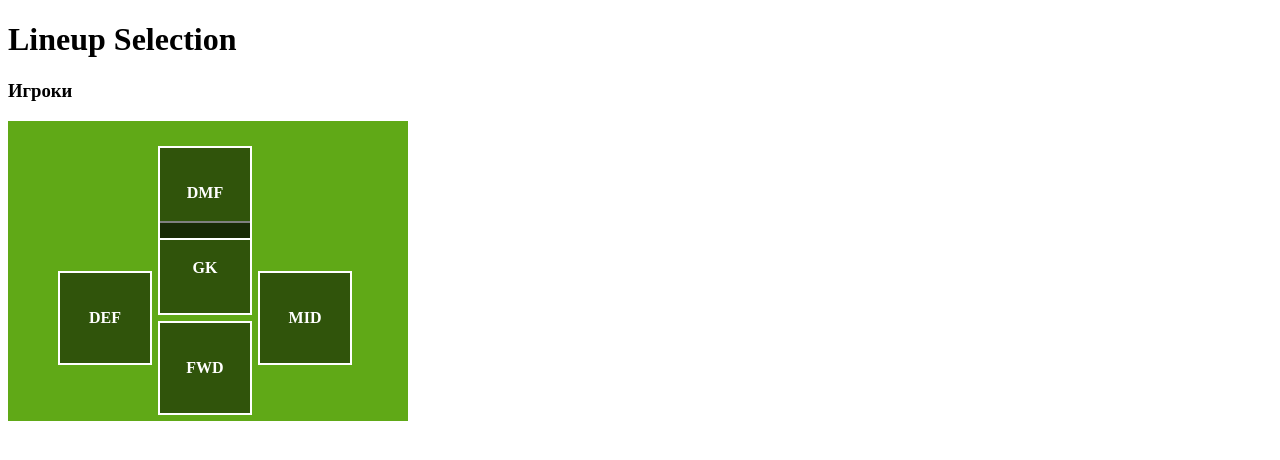
Repository: greatgreek73/soccergame
Page: http://localhost/lineup-selection/
The author's editor kept a copy of each file at every save. The page is drawn from the files as they stood at one save, then again after the next save.
The browser window is 1280 px wide. The pictures show the whole page.
Some web libraries are served in a nearby version. The page is served by the project's application, run on Django 4.2 (manage.py). A made-up administrator, testuser (Test User, test@example.com), is signed in. Other server files are loaded and not shown. Queries for data that is not in the repository find no rows.

Above is the page before, as saved 2024-04-18 20:54:35.

### players/templates/lineup_selection.html
{% load static %}

<!DOCTYPE html>
<html>
<head>
    <title>Lineup Selection</title>
    <link rel="stylesheet" href="https://code.jquery.com/ui/1.12.1/themes/base/jquery-ui.css">
    <script src="https://code.jquery.com/jquery-3.6.0.min.js"></script>
    <script src="https://code.jquery.com/ui/1.12.1/jquery-ui.min.js"></script>
    <style>
        #field {
            background-color: #60A917;
            width: 400px;
            height: 300px;
            position: relative;
        }
        .position {
            width: 90px;
            height: 90px;
            border: 2px solid #fff;
            position: absolute;
            display: flex;
            align-items: center;
            justify-content: center;
            color: white;
            font-weight: bold;
            background-color: rgba(0, 0, 0, 0.5); /* Небольшая прозрачность */
        }
    </style>
    <script>
        var lineup = []; // Инициализация массива состава на уровне глобальной переменной

        function loadInitialLineup() {
            $.ajax({
                url: '/get-lineup/',
                type: 'GET',
                success: function(response) {
                    lineup = response.lineup;
                    lineup.forEach(function(player) {
                        var playerElement = $('[data-player-id="' + player.player_id + '"]');
                        var positionElement = $('.position[data-position="' + player.position + '"]');
                        var playerClone = playerElement.clone().addClass('positioned-player').removeAttr('style');
                        positionElement.empty().append(playerClone);
                        playerElement.remove();
                        updateDraggable();
                    });
                },
                error: function(xhr, status, error) {
                    console.error('Error loading the lineup: ' + error);
                }
            });
        }

        function updateDraggable() {
            $('.positioned-player').draggable({
                revert: 'invalid',
                cursor: 'move',
                helper: 'clone',
                zIndex: 100
            });
        }

        $(document).ready(function() {
            loadInitialLineup();
            $('.player').draggable({
                revert: 'invalid',
                cursor: 'move',
                helper: 'clone',
                zIndex: 100
            });

            $('.position').droppable({
                accept: function(draggable) {
                    return true; // Теперь любой игрок может быть перетащен в любой слот
                },
                drop: function(event, ui) {
                    console.log("Игрок помещен в слот");
                    var droppedPlayer = ui.draggable;
                    var droppedPlayerId = droppedPlayer.data('player-id');
                    var position = $(this).data('position');  // Получаем позицию слота

                    // Удаление предыдущего игрока из этого слота, если он занят
                    if ($(this).find('.player').length) {
                        var positionedPlayerId = $(this).find('.player').data('player-id');
                        lineup = lineup.filter(item => item.player_id !== positionedPlayerId); // Удаление из массива
                    }

                    // Добавление нового игрока в массив lineup
                    lineup.push({player_id: droppedPlayerId, position: position});

                    // Клонирование и обновление DOM
                    var playerClone = droppedPlayer.clone().removeAttr('style').removeClass('ui-draggable').addClass('positioned-player');
                    $(this).empty().append(playerClone);
                    playerClone.draggable({
                        revert: 'invalid',
                        cursor: 'move',
                        helper: 'clone',
                        zIndex: 100
                    });

                    droppedPlayer.remove();
                    saveLineupAutomatically();  // Сохранение состава
                }
            });

            $('#player-list ul').droppable({
                accept: '.positioned-player',
                drop: function(event, ui) {
                    var droppedPlayer = ui.draggable;
                    var playerId = droppedPlayer.data('player-id');
                    lineup = lineup.filter(item => item.player_id !== playerId); // Update lineup
                    droppedPlayer.remove();
                    $(this).append(droppedPlayer);
                    droppedPlayer.draggable({
                        revert: 'invalid',
                        cursor: 'move',
                        helper: 'clone',
                        zIndex: 100
                    });
                    saveLineupAutomatically();
                }
            });

            function saveLineupAutomatically() {
                // Нет необходимости очищать массив, так как он уже глобальный и обновляется в других функциях
                $.ajax({
                    url: '/lineup/save/',
                    type: 'POST',
                    data: JSON.stringify({lineup: lineup}),
                    contentType: 'application/json',
                    success: function(response) {
                        console.log('Состав успешно сохранен автоматически');
                    },
                    error: function(xhr, status, error) {
                        console.error('Ошибка при автоматическом сохранении состава: ' + error);
                    }
                });
            }

            {% for position, player_id in selected_players.items %}
                var player = $('.player[data-player-id="{{ player_id }}"]');
                var playerClone = player.clone().removeAttr('style').removeClass('ui-draggable').addClass('positioned-player');
                playerClone.uniqueId();
                $('.position[data-position="{{ position }}"]').empty().append(playerClone);
                player.remove();

                playerClone.draggable({
                    revert: 'invalid',
                    cursor: 'move',
                    helper: 'clone',
                    zIndex: 100
                });
            {% endfor %}
        });
    </script>
</head>
<body>
    <h1>Lineup Selection</h1>

    <div id="player-list">
        <h3>Игроки</h3>
        <ul>
            {% for player in players %}
                <li class="player" data-player-id="{{ player.id }}" data-player-position="{{ player.position }}">
                    {{ player.last_name }} ({{ player.position }})
                </li>
            {% endfor %}
        </ul>
    </div>

    <div id="field">
        <div class="position" data-position="GK" style="top: 100px; left: 150px;">GK</div>
        <div class="position" data-position="DEF" style="top: 150px; left: 50px;">DEF</div>
        <div class="position" data-position="MID" style="top: 150px; left: 250px;">MID</div>
        <div class="position" data-position="FWD" style="top: 200px; left: 150px;">FWD</div>
        <div class="position" data-position="DMF" style="top: 25px; left: 150px;">DMF</div>

    </div>
</body>
</html>

### players/views.py
import scipy.stats as stats
from django.http import HttpResponseRedirect, JsonResponse
from django.shortcuts import render, redirect, get_object_or_404
from .models import Player, Club, Lineup, LineupPlayer
from faker import Faker
from django.contrib import messages
from .forms import UserRegisterForm, CreateClubForm, GeneratePlayerForm
from django.contrib.auth import authenticate, login
from django.contrib.auth.decorators import login_required
from match_engine.engine import simulate_match
from utils.player_stats_generator import PlayerStatsGenerator
from utils.config import TOTAL_POINTS, MAIN_STATS_RATIO, KEY_STAT_MULTIPLIERS, MAX_STAT_VALUE
import json
from django.views.decorators.csrf import csrf_exempt
import logging

# Настройка логгера
logger = logging.getLogger('newsoccergame')

fake = Faker()

STATS = [
    'strength', 'stamina', 'pace', 'marking', 'tackling', 'work_rate',
    'positioning', 'passing', 'crossing', 'dribbling', 'ball_control',
    'heading', 'finishing', 'long_range', 'vision', 'handling', 'reflexes',
    'aerial', 'jumping', 'command', 'throwing', 'kicking'
]

def index(request):
    return render(request, 'index.html')

def generate_player(request):
    if request.method == 'POST':
        form = GeneratePlayerForm(request.POST)
        if form.is_valid():
            position = form.cleaned_data['position']
            Player.objects.create(
                first_name=fake.first_name_male(),
                last_name=fake.last_name_male(),
                age=17,
                position=position
            )
            return HttpResponseRedirect('/generate/')
    else:
        form = GeneratePlayerForm()
    return render(request, 'generate_player.html', {'form': form})

def register(request):
    if request.method == 'POST':
        form = UserRegisterForm(request.POST)
        if form.is_valid():
            form.save()
            username = form.cleaned_data.get('username')
            messages.success(request, f'Your account has been created! You are now able to log in')
            return redirect('login')
    else:
        form = UserRegisterForm()
    return render(request, 'register.html', {'form': form})

def user_login(request):
    if request.method == 'POST':
        username = request.POST['username']
        password = request.POST['password']
        user = authenticate(request, username=username, password=password)
        if user is not None:
            login(request, user)
            try:
                club = Club.objects.get(user=user)
                return redirect('club_detail', club_id=club.id)
            except Club.DoesNotExist:
                return redirect('create_club')
        else:
            return render(request, 'login.html', {'error': 'Invalid credentials'})
    return render(request, 'login.html')

@login_required
def home(request):
    try:
        club = Club.objects.get(user=request.user)
        return redirect('club_detail', club_id=club.id)
    except Club.DoesNotExist:
        return redirect('create_club')

def club_detail(request, club_id):
    club = get_object_or_404(Club, id=club_id)
    context = {
        'club': club,
        'form': GeneratePlayerForm()
    }
    return render(request, 'club_detail.html', context)

def create_club(request):
    if request.method == 'POST':
        form = CreateClubForm(request.POST)
        if form.is_valid():
            existing_club = Club.objects.filter(user=request.user).first()
            if existing_club:
                return redirect('club_detail', club_id=existing_club.id)

            new_club = Club.objects.create(
                user=request.user,
                name=form.cleaned_data['name'],
                country=form.cleaned_data['country']
            )
            return redirect('club_detail', club_id=new_club.id)
    else:
        form = CreateClubForm()
    return render(request, 'create_club.html', {'form': form})

def generate_player_for_club(request, club_id):
    try:
        club = Club.objects.get(id=club_id)
    except Club.DoesNotExist:
        return redirect('home')

    if club.user != request.user:
        return redirect('home')

    if request.method == 'POST':
        form = GeneratePlayerForm(request.POST)
        if form.is_valid():
            position = form.cleaned_data['position']
            player_class = int(form.cleaned_data['player_class'])

            config = {
                'stats': STATS,
                'total_points': TOTAL_POINTS,
                'main_stats_ratio': MAIN_STATS_RATIO,
                'key_stat_multipliers': KEY_STAT_MULTIPLIERS,
                'max_stat_value': MAX_STAT_VALUE
            }
            generator = PlayerStatsGenerator(config)
            player_stats = generator.generate_stats(position, player_class)

            country_to_locale = {
                'USA': 'en_US',
                'Russia': 'ru_RU',
                'China': 'zh_CN',
                'Belgium': 'nl_BE',
                'New Zealand': 'en_NZ',
                'Austria': 'de_AT',
                'Brazil': 'pt_BR',
                'Greece': 'el_GR',
                'Argentina': 'es_AR',
                'Italy': 'it_IT',
                'Germany': 'de_DE',
            }

            print(f"Club country: {club.country}")
            locale = country_to_locale.get(club.country, 'en_US')
            print(f"Using locale: {locale}")

            fake = Faker(locale)

            while True:
                first_name = fake.first_name_male()
                last_name = fake.last_name_male()

                if not Player.objects.filter(first_name=first_name, last_name=last_name).exists():
                    break

            player = Player.objects.create(
                first_name=first_name,
                last_name=last_name,
                age=17,
                club=club,
                nationality=club.country,
                position=position,
                player_class=player_class,
                **player_stats
            )

            return redirect('club_detail', club_id=club.id)
    else:
        form = GeneratePlayerForm()

    context = {'form': form}
    return render(request, 'generate_player.html', context)

def player_detail(request, player_id):
    player = get_object_or_404(Player, id=player_id)
    context = {
        'player': player
    }
    return render(request, 'player_detail.html', context)

def start_match(request, club_id):
    club1 = get_object_or_404(Club, id=club_id)
    opponent_club_id = request.GET.get('opponent_club_id')
    if opponent_club_id:
        try:
            club2 = get_object_or_404(Club, id=opponent_club_id)
        except Club.DoesNotExist:
            return render(request, 'error.html', {'error': 'Invalid opponent club'})

        lineup1 = Lineup.objects.filter(user=club1.user).last()
        lineup2 = Lineup.objects.filter(user=club2.user).last()

        if lineup1:
            players1 = [lp.player for lp in LineupPlayer.objects.filter(lineup=lineup1)]
        else:
            players1 = Player.objects.filter(club=club1)

        if lineup2:
            players2 = [lp.player for lp in LineupPlayer.objects.filter(lineup=lineup2)]
        else:
            players2 = Player.objects.filter(club=club2)

        winner, loser = simulate_match(players1, players2, club1, club2)

        winner_players = winner.players
        loser_players = loser.players

        context = {
            'club1': club1,
            'club2': club2,
            'winner_club': winner.club,
            'loser_club': loser.club,
            'winner_players': winner_players,
            'loser_players': loser_players,
        }

        return render(request, 'match.html', context)
    else:
        other_clubs = Club.objects.exclude(id=club_id)
        context = {
            'club': club1,
            'other_clubs': other_clubs,
        }
        return render(request, 'select_opponent.html', context)

def update_stadium(request, pk):
    club = get_object_or_404(Club, pk=pk)
    if request.method == 'POST':
        data = json.loads(request.body)
        club.stadium_name = data['stadium_name']
        club.save()
        return JsonResponse({'status': 'ok'})

def increase_capacity(request, pk):
    club = get_object_or_404(Club, pk=pk)
    if request.method == 'POST':
        club.stadium_capacity += 1000
        club.save()
        return JsonResponse({'stadium_capacity': club.stadium_capacity})

@login_required
def lineup_selection(request):
    players = Player.objects.filter(club__user=request.user)
    lineup = Lineup.objects.filter(user=request.user).last()
    if lineup:
        lineup_players = LineupPlayer.objects.filter(lineup=lineup)
        selected_players = {lp.position: lp.player.id for lp in lineup_players}
    else:
        selected_players = {}
    return render(request, 'lineup_selection.html', {'players': players, 'selected_players': selected_players})

@login_required
@csrf_exempt
def save_lineup(request):
    logger.debug("save_lineup called")  # Логирование вызова функции
    if request.method == 'POST':
        try:
            data = json.loads(request.body)
            logger.debug(f"Received lineup data: {data}")  # Логирование полученных данных

            lineup_data = data.get('lineup', [])
            user = request.user
            lineup = Lineup.objects.filter(user=user).last()

            if not lineup:
                lineup = Lineup.objects.create(user=user)

            # Удалить всех текущих игроков из лайнапа перед добавлением новых
            LineupPlayer.objects.filter(lineup=lineup).delete()

            # Добавить игроков из полученных данных
            for item in lineup_data:
                player_id = item.get('player_id')
                position = item.get('position')
                player = Player.objects.get(id=player_id)
                LineupPlayer.objects.create(lineup=lineup, player=player, position=position)

            logger.debug("Lineup saved successfully")  # Логирование успешного сохранения
            return JsonResponse({'status': 'success', 'message': 'Состав успешно сохранен'})
        except Exception as e:
            logger.error(f"Error saving lineup: {e}", exc_info=True)  # Логирование ошибок
            return JsonResponse({'error': 'Internal server error'}, status=500)
    else:
        logger.warning("Incorrect request method")  # Логирование некорректного метода запроса
        return JsonResponse({'status': 'error', 'message': 'Неверный метод запроса'}, status=400)

def get_lineup(request):
    lineup = LineupPlayer.objects.filter(lineup__user=request.user)  # Убедитесь, что данные фильтруются по текущему пользователю
    data = [{'player_id': player.player.id, 'position': player.position} for player in lineup]
    return JsonResponse({'lineup': data})

### newsoccergame/urls.py
from django.contrib import admin
from django.urls import path, include
from players import views as player_views
from django.contrib.auth import views as auth_views
from django.contrib.auth.views import LogoutView
from players.views import index


urlpatterns = [
    path('', index, name='index'),
    path('admin/', admin.site.urls),
    path('', include('players.urls')),
    path('generate/', player_views.generate_player, name='generate_player'),
    path('register/', player_views.register, name='register'),
    path('login/', auth_views.LoginView.as_view(template_name='login.html'), name='login'),
    path('logout/', LogoutView.as_view(next_page='index'), name='logout'),
    path('', player_views.home, name='home'),

]

### players/urls.py
from django.urls import path
from . import views
from players.views import index
from .views import lineup_selection

urlpatterns = [
    # ... другие маршруты ...
    path('generate/', views.generate_player, name='generate_player'),
    path('register/', views.register, name='register'),
    path('login/', views.user_login, name='login'),
    path('', views.home, name='home'),
    path('club/<int:club_id>/', views.club_detail, name='club_detail'),
    path('create_club/', views.create_club, name='create_club'),
    path('club/<int:club_id>/generate_player/', views.generate_player_for_club, name='generate_player_for_club'),
    path('player/<int:player_id>/', views.player_detail, name='player_detail'),
    path('', index, name='index'),
    path('match/<int:club1_id>/<int:club2_id>/', views.start_match, name='start_match'),
    path('match/<int:club_id>/', views.start_match, name='start_match'),
    path('clubs/<int:pk>/update_stadium/', views.update_stadium, name='update_stadium'),
    path('clubs/<int:pk>/increase_capacity/', views.increase_capacity, name='increase_capacity'),
    path('lineup-selection/', views.lineup_selection, name='lineup_selection'),
    path('lineup/save/', views.save_lineup, name='save_lineup'),
    path('get-lineup/', views.get_lineup, name='get_lineup'),
]

After the next save:
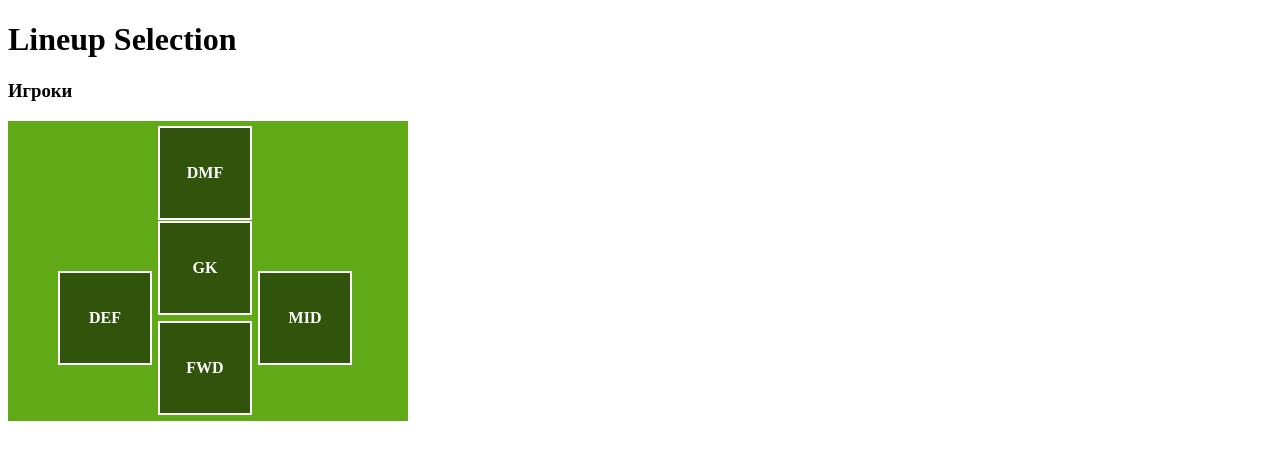
Saved 11 s later.
--- a/players/templates/lineup_selection.html
+++ b/players/templates/lineup_selection.html
@@ -173,7 +173,7 @@
         <div class="position" data-position="DEF" style="top: 150px; left: 50px;">DEF</div>
         <div class="position" data-position="MID" style="top: 150px; left: 250px;">MID</div>
         <div class="position" data-position="FWD" style="top: 200px; left: 150px;">FWD</div>
-        <div class="position" data-position="DMF" style="top: 25px; left: 150px;">DMF</div>
+        <div class="position" data-position="DMF" style="top: 5px; left: 150px;">DMF</div>
 
     </div>
 </body>
